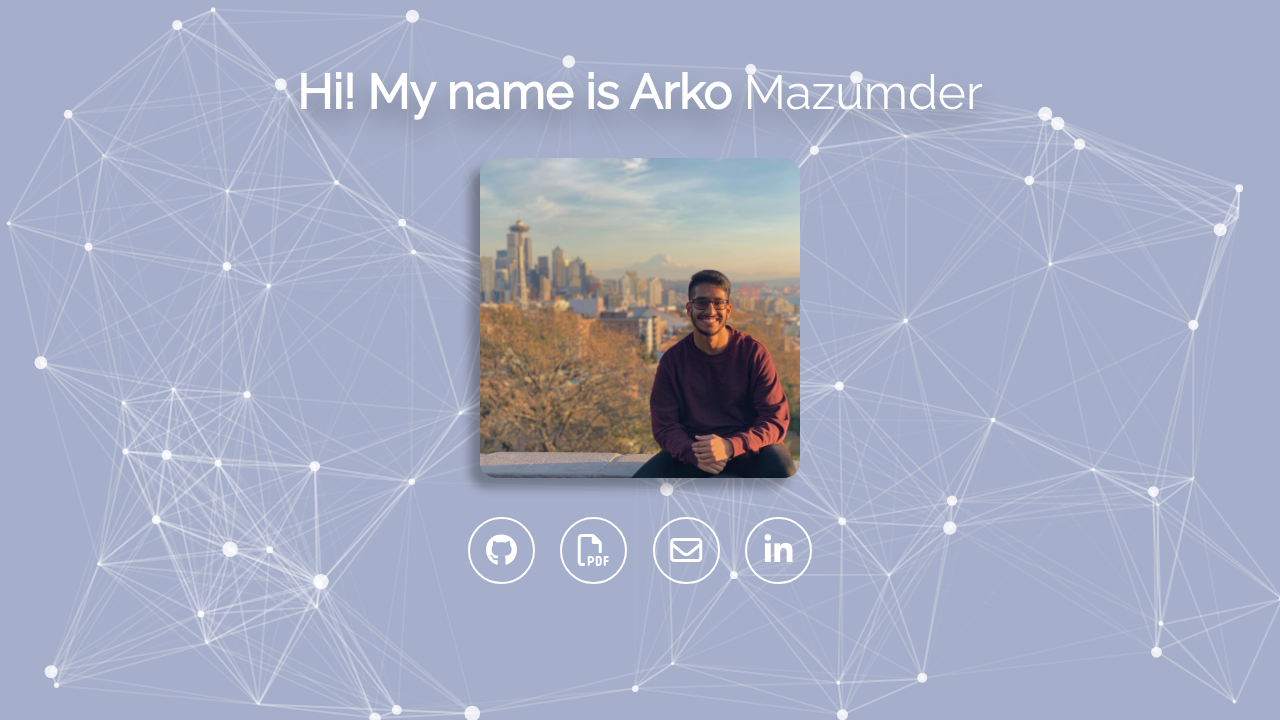
Repository: arkomz/arkomz.github.io
Page: index.html
The author's editor kept a copy of each file at every save. The page is drawn from the files as they stood at one save, then again after the next save.
The browser window is 1280 px wide. The pictures show the whole page.
Some web libraries are served in a nearby version.

Above is the page before, as saved 2020-07-22 23:45:10.

After the next save:
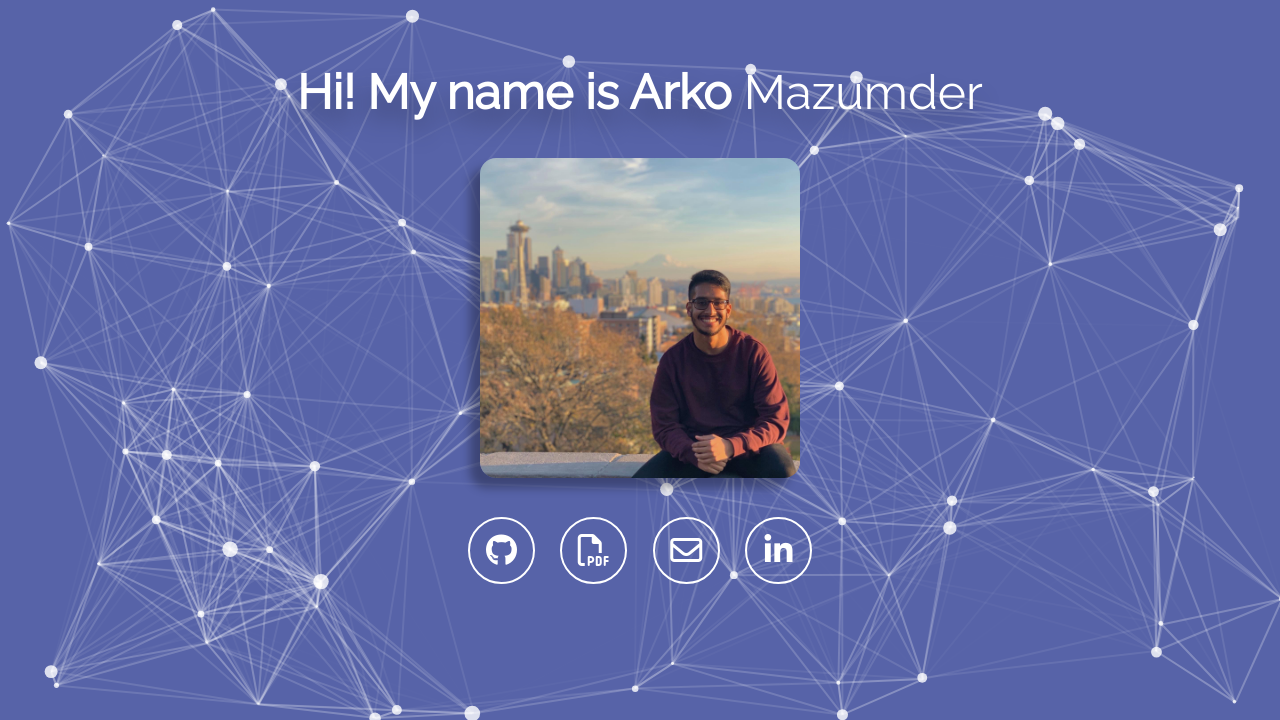
Saved 67 s later.
--- a/assets/css/styles.css
+++ b/assets/css/styles.css
@@ -26,9 +26,9 @@ body, html {
 }
 
 body {
-    background: #a5aeca ;  /* fallback for old browsers */
-    background: -webkit-linear-gradient(to right, #a5aeca, #a5aeca);  /* Chrome 10-25, Safari 5.1-6 */
-    background: linear-gradient(to right, #a5aeca, #a5aeca); /* W3C, IE 10+/ Edge, Firefox 16+, Chrome 26+, Opera 12+, Safari 7+ */
+    background: #5763a8 ;  /* fallback for old browsers */
+    background: -webkit-linear-gradient(to right, #5763a8, #5763a8);  /* Chrome 10-25, Safari 5.1-6 */
+    background: linear-gradient(to right, #5763a8, #5763a8); /* W3C, IE 10+/ Edge, Firefox 16+, Chrome 26+, Opera 12+, Safari 7+ */
     margin: 0;
     animation: fade 3s forwards ease;
 }
